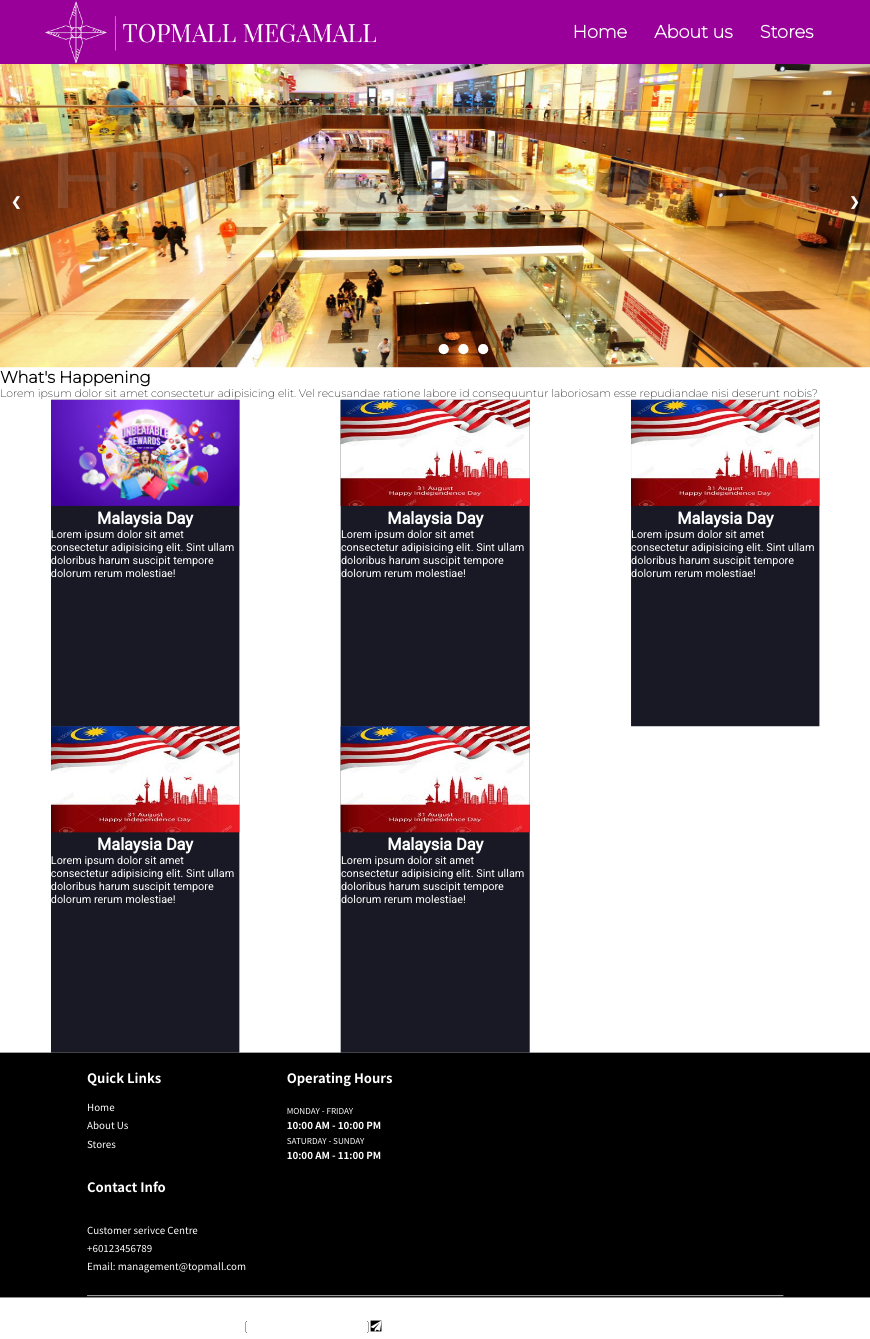
Repository: Jack0Bong/Web-Dev-Assignment
Page: index.html
These files come from the project's save history. The page is drawn as it stood at one moment and after the next save; the edit follows.
The browser window is 1280 px wide. The pictures show the whole page, at 68% of full size.

Above is the page before, as saved 2021-09-02 01:52:10.

After the next save:
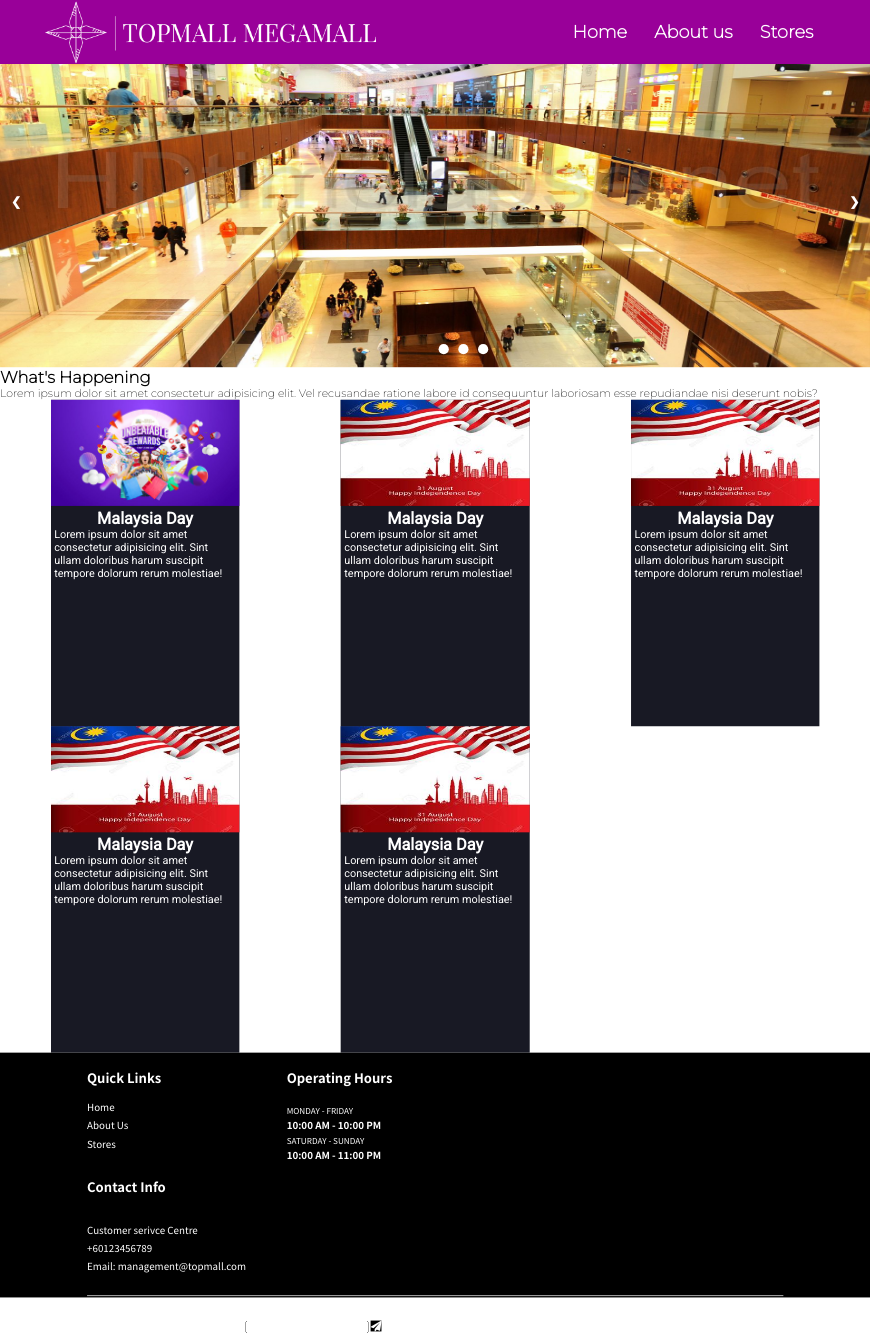
Saved 27 s later.
--- a/css/index.css
+++ b/css/index.css
@@ -111,6 +111,6 @@ to {opacity: 1}
     text-align: center;
 }
 
-.card span{
+.card p{
     margin: 0px 5px 0px 5px;
 }
